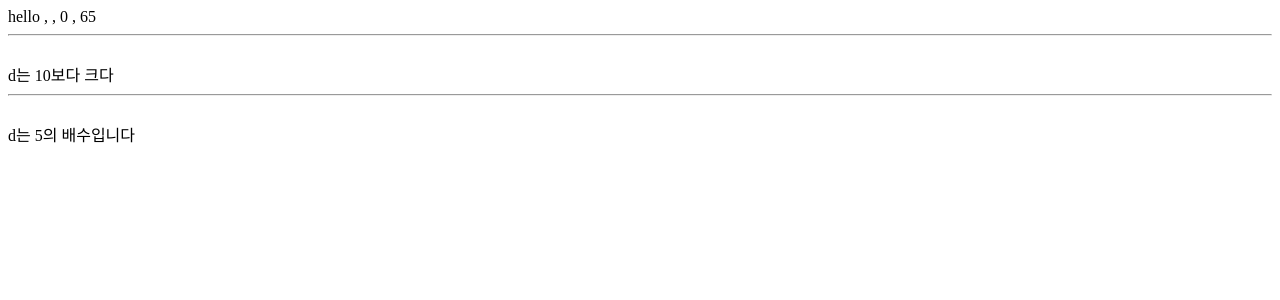
Repository: phoresis92/KITRI_JSP
Page: http://localhost/eljstl2/jstl.jsp
An editor plug-in stored every save of this project. The page is shown before and after the next save, followed by the edit.
The browser window is 1280 px wide. The pictures show the whole page.
The page is served by Tomcat 9. Other server files are loaded and not shown.

Above is the page before, as saved 2018-12-20 06:35:18.

### JSP_workspace/eljstl2/WebContent/jstl.jsp
<%@ page language="java" contentType="text/html; charset=UTF-8"
	pageEncoding="UTF-8"%>
<%@ taglib prefix="c" uri="http://java.sun.com/jsp/jstl/core"%>
<!DOCTYPE html>
<html>
<head>
<meta charset="UTF-8">
<title>Insert title here</title>
</head>
<body>
	<c:set var="a" value="hello"/>
	<c:set var="b" value="${param.test}"/>
	<c:set var="c" value="${param.a+param.b}"/>
	<c:set var="d" value="${ c+10 }"/>
	<c:set var="d" value="${ d+55 }"/>

	${ a } , ${ b } , ${ c } , ${ d }
	<hr><br>
	<c:if test="${ d>10 }">
		d는 10보다 크다
	</c:if>
	<hr><br>
	<c:choose>
		<c:when test="${ d%2 == 0 }">d는 짝수입니다</c:when>
		<c:when test="${ d%5 == 0 }">d는 5의 배수입니다</c:when>
		<c:otherwise>d는 짝수가 아니고, 5의 배수도 아닙니다</c:otherwise>
	</c:choose>
</body>
</html>

After the next save:
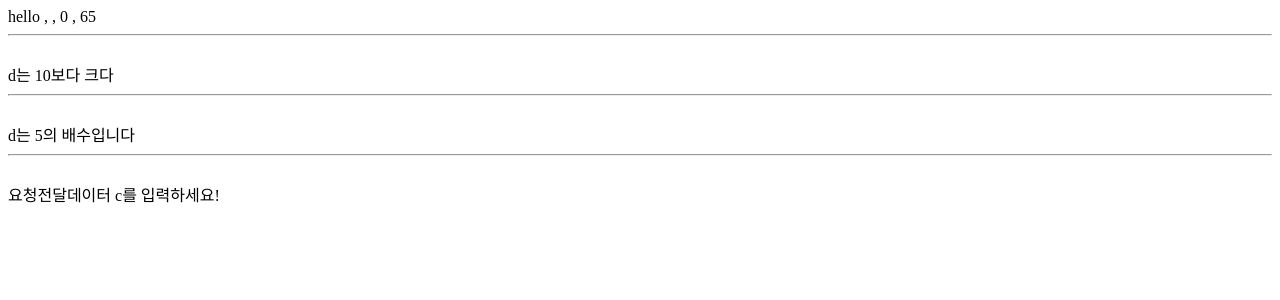
Saved 3 min 33 s later.
--- a/JSP_workspace/eljstl2/WebContent/jstl.jsp
+++ b/JSP_workspace/eljstl2/WebContent/jstl.jsp
@@ -25,5 +25,12 @@
 		<c:when test="${ d%5 == 0 }">d는 5의 배수입니다</c:when>
 		<c:otherwise>d는 짝수가 아니고, 5의 배수도 아닙니다</c:otherwise>
 	</c:choose>
+
+	<hr><br>
+	<!-- null이거나 ""인 경우 -->
+	<c:if test="${empty param.c}">
+		요청전달데이터 c를 입력하세요!
+	</c:if>
+
 </body>
 </html>
